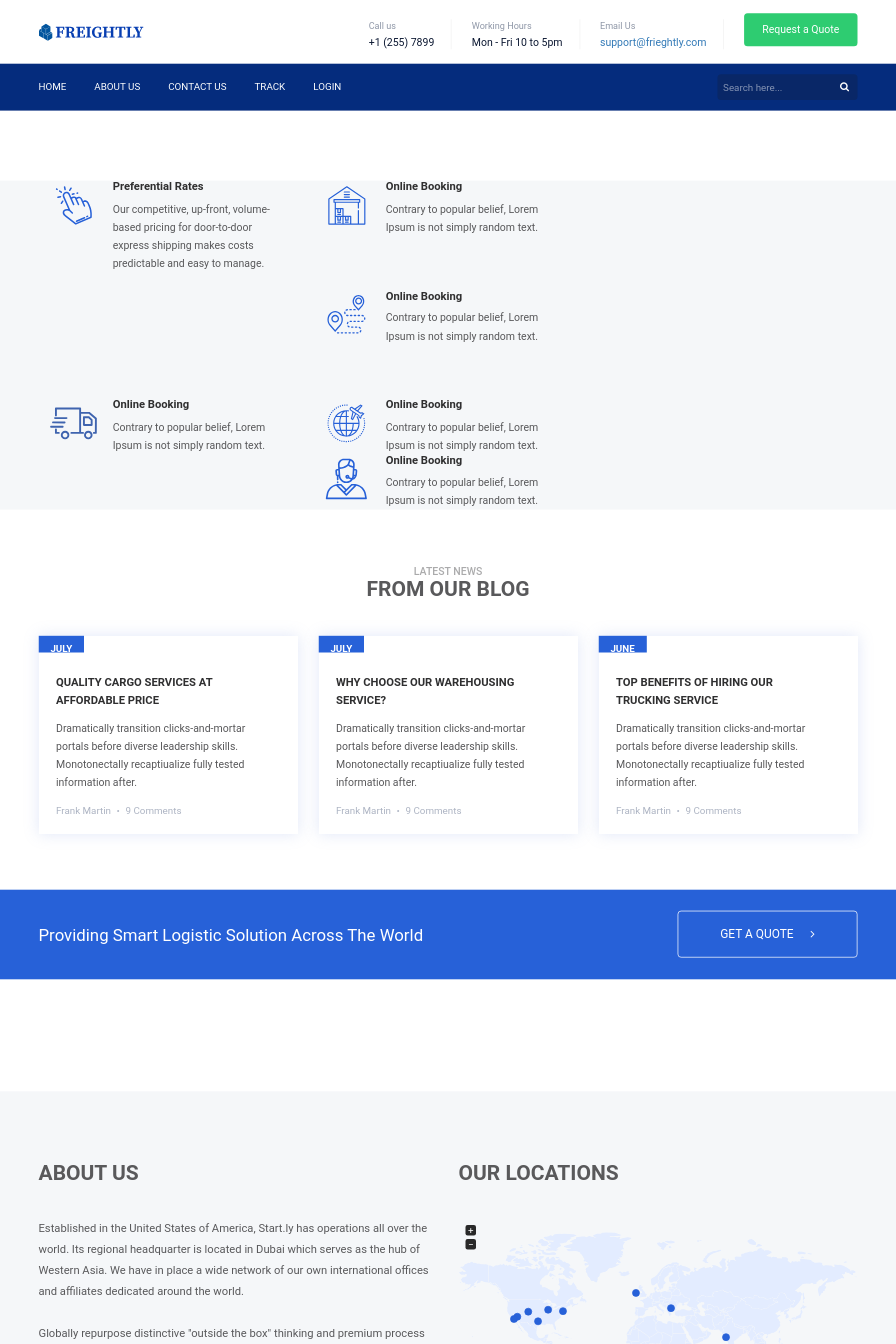
Repository: greatchriz/shipery
Page: http://localhost/
The author's editor kept a copy of each file at every save. The page is drawn from the files as they stood at one save, then again after the next save.
The browser window is 1280 px wide. The pictures show the part of the page from y = 0 to 1920 px (the page is 2762 px tall before and 2866 px after), at 70% of full size.
The page is served by the project's Laravel application, run on PHP 8.4 with Laravel 10.

Above is the page before, as saved 2024-02-02 16:38:23.
Console error: TypeError: navbar.affix is not a function

After the next save:
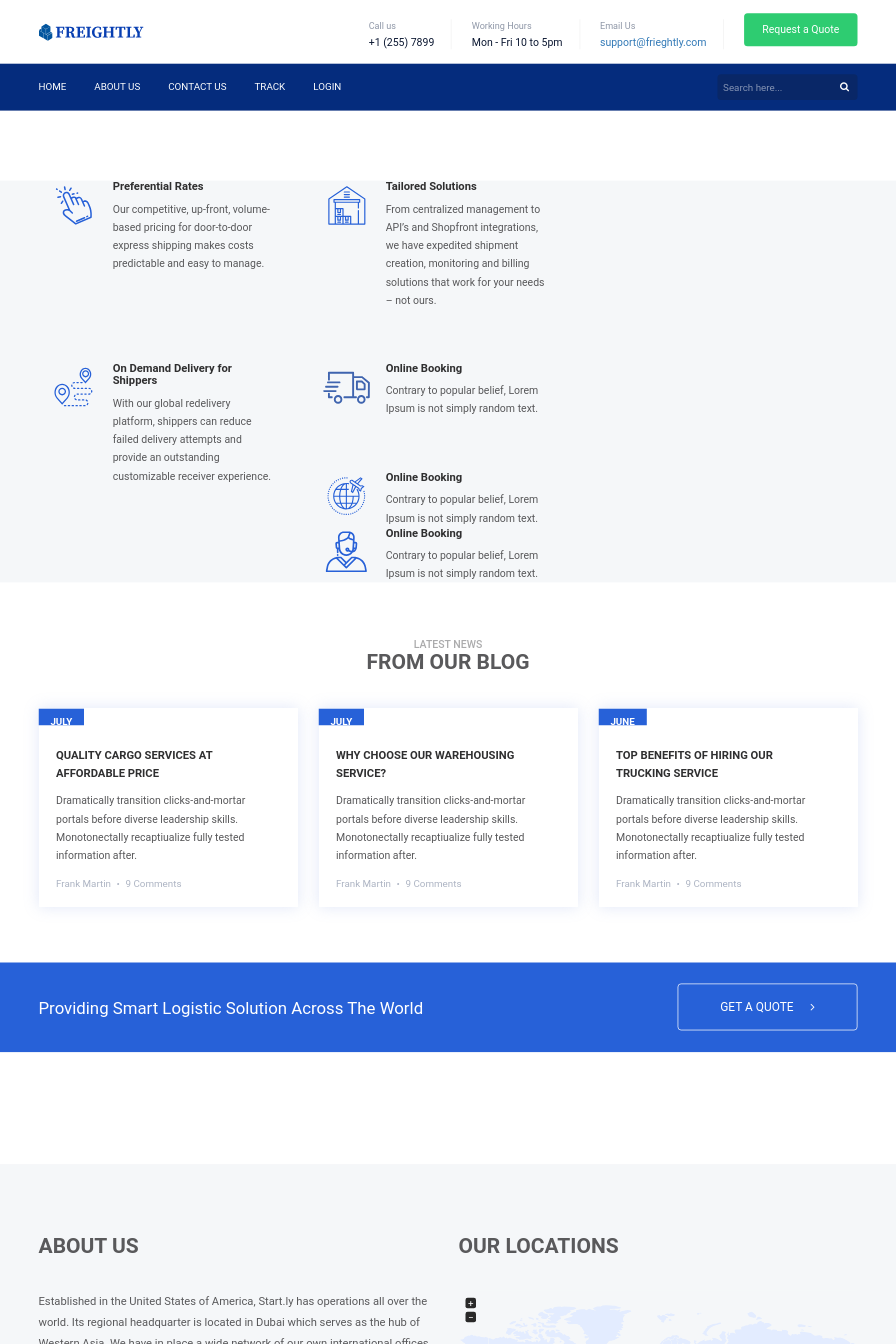
Saved 3 min 27 s later.
--- a/resources/views/components/sections/main_feature.blade.php
+++ b/resources/views/components/sections/main_feature.blade.php
@@ -26,11 +26,10 @@
           </div>
           <div class="media-body">
             <a href="#">
-              <h4>Online Booking</h4>
+              <h4>Tailored Solutions</h4>
             </a>
             <p>
-              Contrary to popular belief, Lorem Ipsum is not simply random
-              text.
+                From centralized management to API’s and Shopfront integrations, we have expedited shipment creation, monitoring and billing solutions that work for your needs – not ours.
             </p>
           </div>
         </div>
@@ -43,11 +42,10 @@
           </div>
           <div class="media-body">
             <a href="#">
-              <h4>Online Booking</h4>
+              <h4>On Demand Delivery for Shippers</h4>
             </a>
             <p>
-              Contrary to popular belief, Lorem Ipsum is not simply random
-              text.
+                With our global redelivery platform, shippers can reduce failed delivery attempts and provide an outstanding customizable receiver experience.
             </p>
           </div>
         </div>
